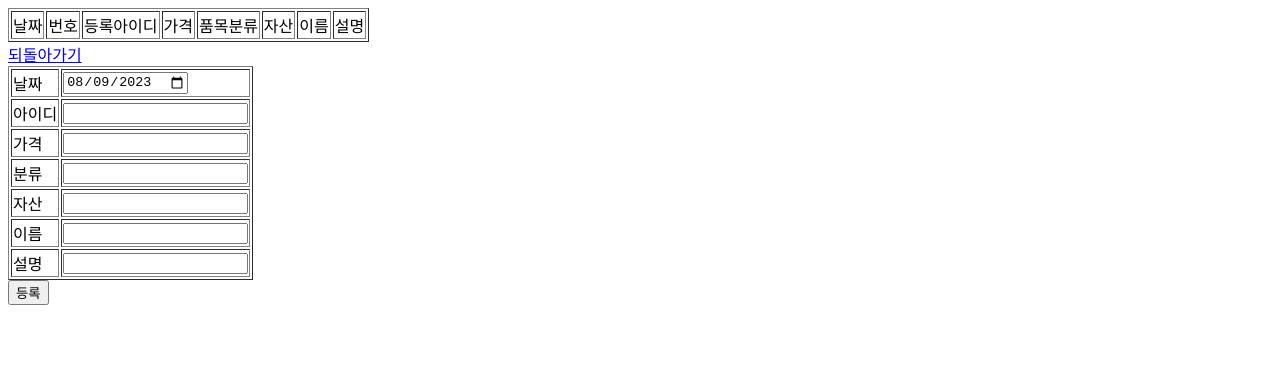
Repository: hdk8572/kh_MoneyManager
Page: http://localhost/Semi_backup/user/main
An editor plug-in stored every save of this project. The page is shown before and after the next save, followed by the edit.
The browser window is 1280 px wide. The pictures show the whole page.
The page is served by Tomcat 9. Queries for data that is not in the repository find no rows.

Above is the page before, as saved 2023-08-10 07:35:22.

After the next save:
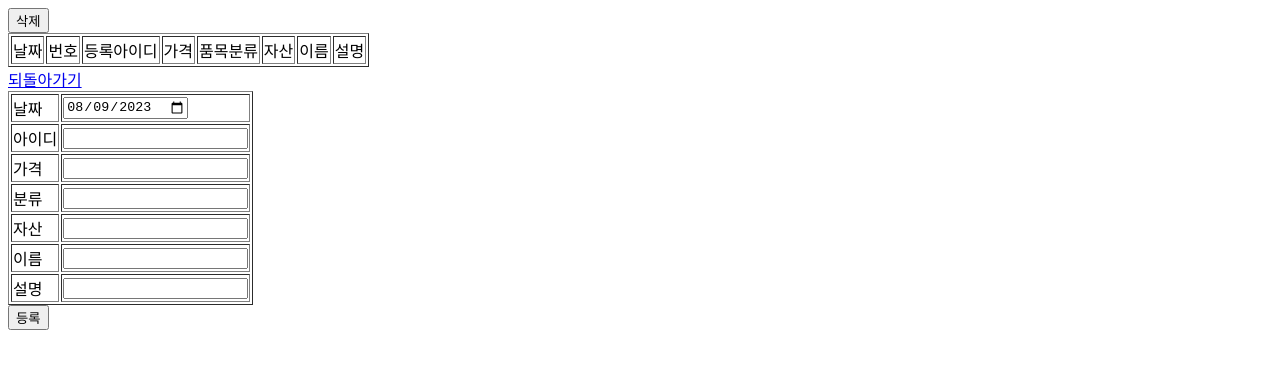
Saved 27 min 14 s later.
--- a/Semi_backup/src/main/webapp/WEB-INF/user/main.jsp
+++ b/Semi_backup/src/main/webapp/WEB-INF/user/main.jsp
@@ -20,6 +20,7 @@
 				<td>자산</td>
 				<td>이름</td>
 				<td>설명</td>
+				<button type="button">삭제</button>
 			</tr>
 			<c:forEach items="${ulist}" var="ul">
 			<tr>
